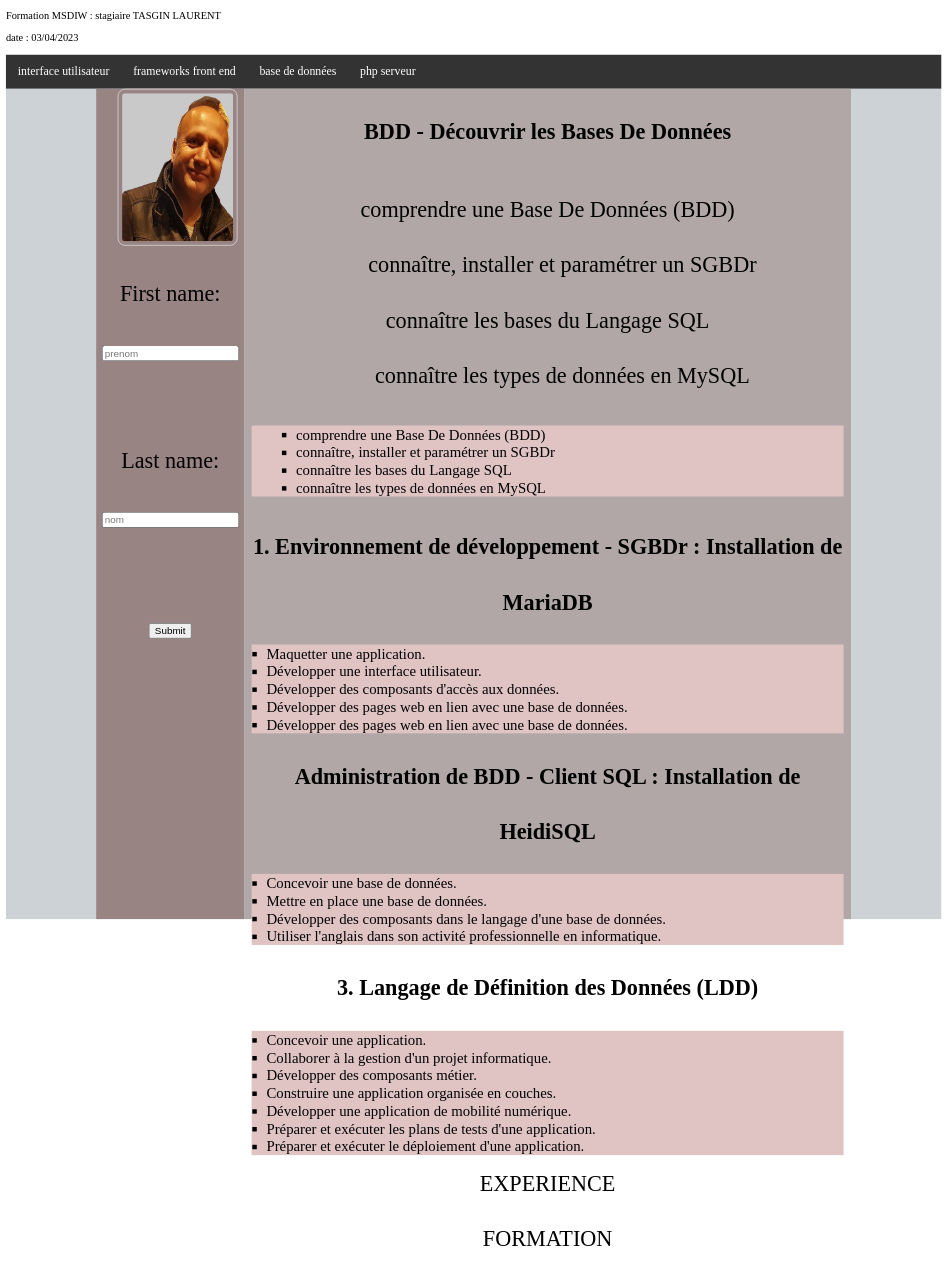
Repository: laurentbul/ApplicationEssai
Page: exercice/ex1/stagiaire_laurent/BACK/BDD/SQL/bdd1_alimenter.html
These files come from the project's save history. The page is drawn as it stood at one moment and after the next save; the edit follows.
The browser window is 1280 px wide. The pictures show the whole page, at 74% of full size.

Above is the page before, as saved 2023-04-06 06:12:54.

### exercice/ex1/stagiaire_laurent/BACK/BDD/SQL/bdd1_alimenter.html
<!DOCTYPE html>
<html lang="en">

<head>
  <meta charset="UTF-8">
  <meta http-equiv="X-UA-Compatible" content="IE=edge">
  <meta name="viewport" content="width=device-width, initial-scale=1.0">
  <link rel="icon" type="image/x-icon" sizes="30x30" href="../IMG/img.jpeg">
  <link rel="stylesheet" href="/FRONT/STATIQUE/CSS/msdiw.css">
  <title>Document</title>
  <style>
  </style>
</head>
</head>

<body>
  <p>Formation MSDIW : stagiaire TASGIN LAURENT</p>
  <p>date : 03/04/2023</p>
  <ul>
    <li><a href="./interface_utilisateur.html">interface utilisateur</a></li>
    <li><a href="./interface_utilisateur.html">frameworks front end</a></li>
    <li><a href="./interface_utilisateur.html">base de données</a></li>
    <li><a href="./interface_utilisateur.html">php serveur</a></li>
  </ul>
  <!-- <div>
        <input type="color" id="head" name="head" value="blue">
        <label for="head">Head</label>
    </div> -->
  <div class="flex-container">
    <div class="div_gauche">
      <img src="../IMG/img.jpeg" alt="photo d'identité" width="200" height="200">
      <form action="/action_page.php">
        <label for="fname">First name:</label>
        <input type="text" id="fname" name="fname" placeholder="prenom"><br><br>
        <label for="lname">Last name:</label>
        <input type="text" id="lname" name="lname" placeholder="nom"><br><br>
        <input type="submit" value="Submit">
      </form>
    </div>
    <div class="div_droite">
      <div>

        <h1>BDD - Découvrir les Bases De Données</h1>

        <dl>
            <dt>comprendre une Base De Données (BDD)</dt>
            <dd>connaître, installer et paramétrer un SGBDr</dd>
            <dt>connaître les bases du Langage  SQL</dt>
            <dd>connaître les types de données  en MySQL</dd>
        </dl>

        <ol class="paragraphe">
            <li class="competence" >comprendre une Base De Données (BDD)</li>
            <li class="competence" >connaître, installer et paramétrer un SGBDr</li>
            <li class="competence" >connaître les bases du Langage  SQL</li>
            <li class="competence" >connaître les types de données  en MySQL</li>
        </ol>



        <h1 class="titre">1. Environnement de développement - SGBDr : Installation de MariaDB</h1>
        <ul class="paragraphe" >
          <li class="competence"> Maquetter une application.</li>
          <li class="competence"> Développer une interface utilisateur.</li>
          <li class="competence"> Développer des composants d'accès aux données.</li>
          <li class="competence"> Développer des pages web en lien avec une base de données.</li>
          <li class="competence"> Développer des pages web en lien avec une base de données.</li>
        </ul>
        <h1 class="titre">Administration de BDD - Client SQL : Installation de HeidiSQL</h1>
        <ul class="paragraphe" >
          <li class="competence">Concevoir une base de données.</li>
          <li class="competence">Mettre en place une base de données.</li>
          <li class="competence">Développer des composants dans le langage d'une base de données.</li>
          <li class="competence"> Utiliser l'anglais dans son activité professionnelle en informatique.</li>
        </ul>
        <h1 class="titre">3. Langage de Définition des Données (LDD)</h1>
        <ul class="paragraphe">
          <li class="competence"> Concevoir une application.</li>
          <li class="competence"> Collaborer à la gestion d'un projet informatique.</li>
          <li class="competence"> Développer des composants métier.</li>
          <li class="competence"> Construire une application organisée en couches.</li>
          <li class="competence"> Développer une application de mobilité numérique.</li>
          <li class="competence"> Préparer et exécuter les plans de tests d'une application.</li>
          <li class="competence"> Préparer et exécuter le déploiement d'une application.</li>
        </ul>
      </div>
      <div>EXPERIENCE</div>
      <div>FORMATION</div>
    </div>
</body>

</html>

### exercice/ex1/stagiaire_laurent/FRONT/STATIQUE/CSS/msdiw.css
.corps{
    background-color: rgb(201, 149, 71);
    width:900px;
    border: 1px;
  margin-top: 10px;
  margin-left: auto;
  margin-right: auto;
  padding:50px;
}
.paragraphe{
    background-color: #e0c4c4;
    line-height:80%;
    list-style-type:square;
}
.competence{
    font-size: 20px;
    margin-left: 20px;
    float:none;
    text-align:left;
}


h1 {
    font-size: 30px;
  }

  h2 {
    font-size: 30px;
  }

  p {
    font-size: 14px;
  }

.flex-container {
    display: flex;
    flex-direction: row;
    background-color: rgb(205, 210, 214);
  }

  .flex-container > div {

    text-align: center;
    line-height: 75px;
    font-size: 30px;
  }

  .div_gauche{
    background-color: #998484;
    width: 200px;
    margin-left: auto;
    height: 1122px; ;
  }
  .div_droite{
    background-color: #b1a7a7;
    width: 800px;
    height: 1122px;
    margin-right: auto;
    padding-left: 10px;
    padding-right: 10px;
  }

ul {
    list-style-type: none;
    margin: 0;
    padding: 0;
    overflow: hidden;
    background-color: #333;
}

li {
    float: left;
}

li a {
    display: block;
    color: white;
    text-align: center;
    padding: 14px 16px;
    text-decoration: none;
}

li a:hover {
    background-color: #111;
}

.meta{
    /* background-color: rgb(168, 161, 166); */
    width: 900px;
}
.title{
    /* background-color: rgb(221, 219, 214); */
    width: 600px;
}
.utf8{
    /* background-color: rgb(198, 204, 207); */
    width: 600px;
}
.image{
    /* background-color: rgb(198, 204, 207); */
    width: 600px;
}
.css{
    /* background-color: rgb(198, 204, 207); */
    width: 600px;
}
img {
    border: 1px solid #ddd;
    border-radius: 10px;
    padding: 5px;
    width: 150px;
    margin-left: 20px;

  }

After the next save:
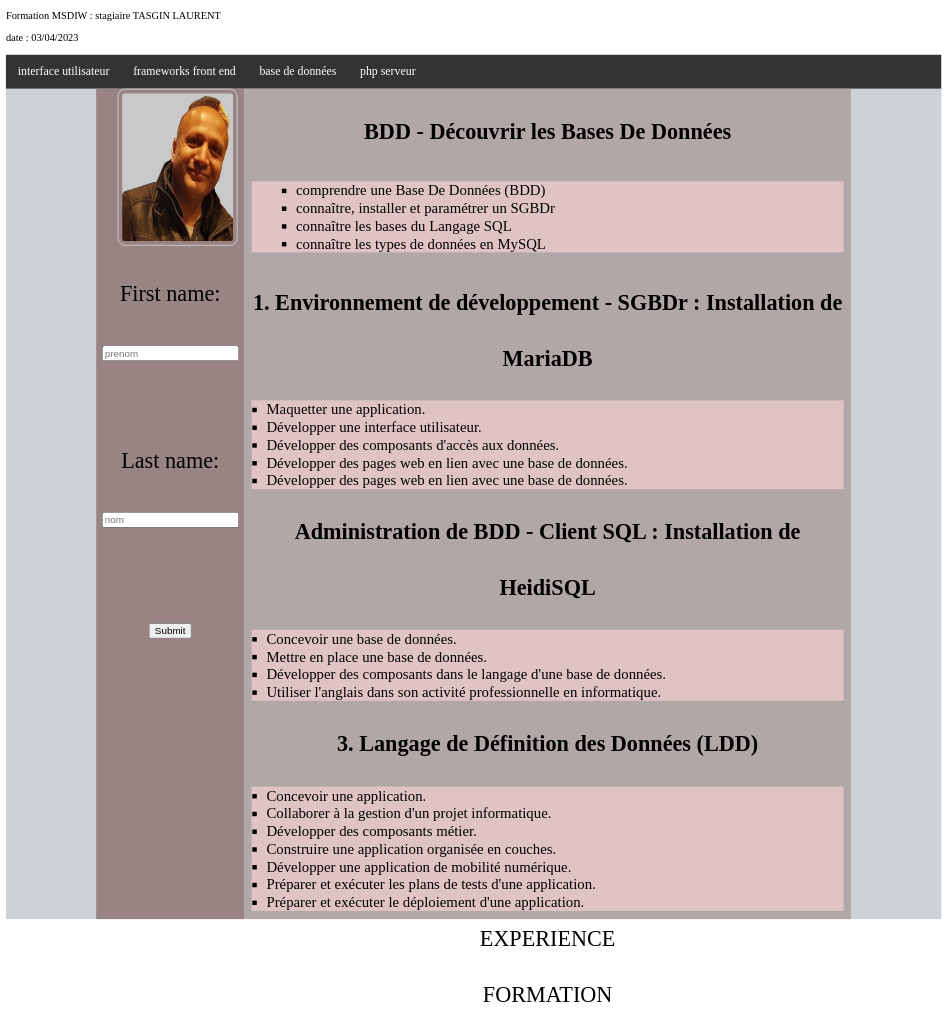
Saved 16 s later.
--- a/exercice/ex1/stagiaire_laurent/BACK/BDD/SQL/bdd1_alimenter.html
+++ b/exercice/ex1/stagiaire_laurent/BACK/BDD/SQL/bdd1_alimenter.html
@@ -42,13 +42,6 @@
 
         <h1>BDD - Découvrir les Bases De Données</h1>
 
-        <dl>
-            <dt>comprendre une Base De Données (BDD)</dt>
-            <dd>connaître, installer et paramétrer un SGBDr</dd>
-            <dt>connaître les bases du Langage  SQL</dt>
-            <dd>connaître les types de données  en MySQL</dd>
-        </dl>
-
         <ol class="paragraphe">
             <li class="competence" >comprendre une Base De Données (BDD)</li>
             <li class="competence" >connaître, installer et paramétrer un SGBDr</li>
